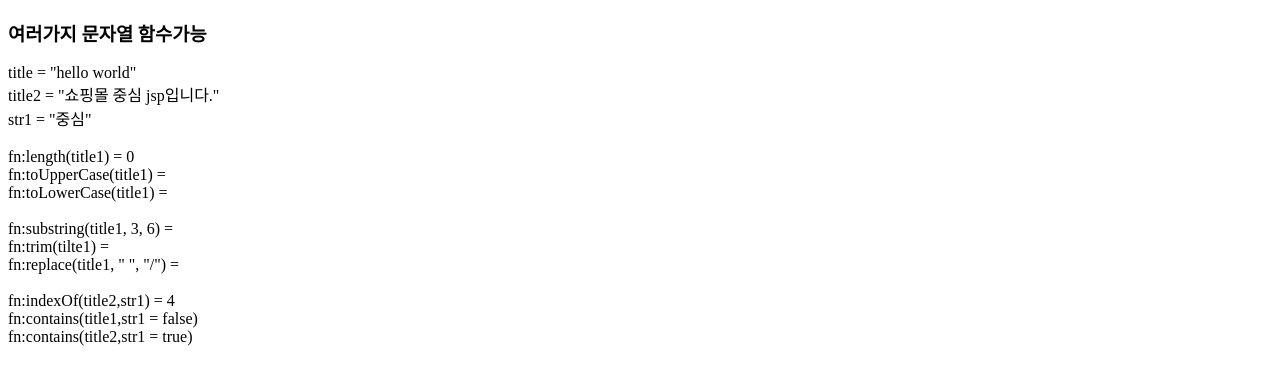
Repository: leehojun95/HJ-Developer
Page: http://localhost/webShop/sec14/test04/fnTest.jsp
The author's editor kept a copy of each file at every save. The page is drawn from the files as they stood at one save, then again after the next save.
The browser window is 1280 px wide. The pictures show the whole page.
The page is served by Tomcat 9. The template is opened directly, without the code that normally fills it, so the values that code supplies are empty.

Above is the page before, as saved 2024-04-25 08:10:07.

After the next save:
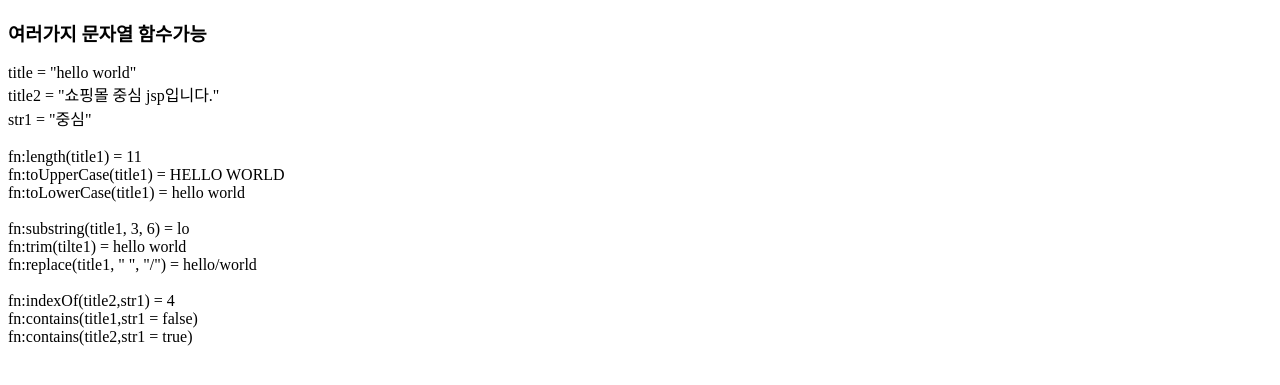
Saved 22 s later.
--- a/webShop/src/main/webapp/sec14/test04/fnTest.jsp
+++ b/webShop/src/main/webapp/sec14/test04/fnTest.jsp
@@ -13,7 +13,7 @@
 </head>
 <body>
 <h3>여러가지 문자열 함수가능</h3>
-<c:set var="title" value="hello world" />
+<c:set var="title1" value="hello world" />
 <c:set var="title2" value="쇼핑몰 중심 jsp입니다." />
 <c:set var="str1" value="중심" />
 
